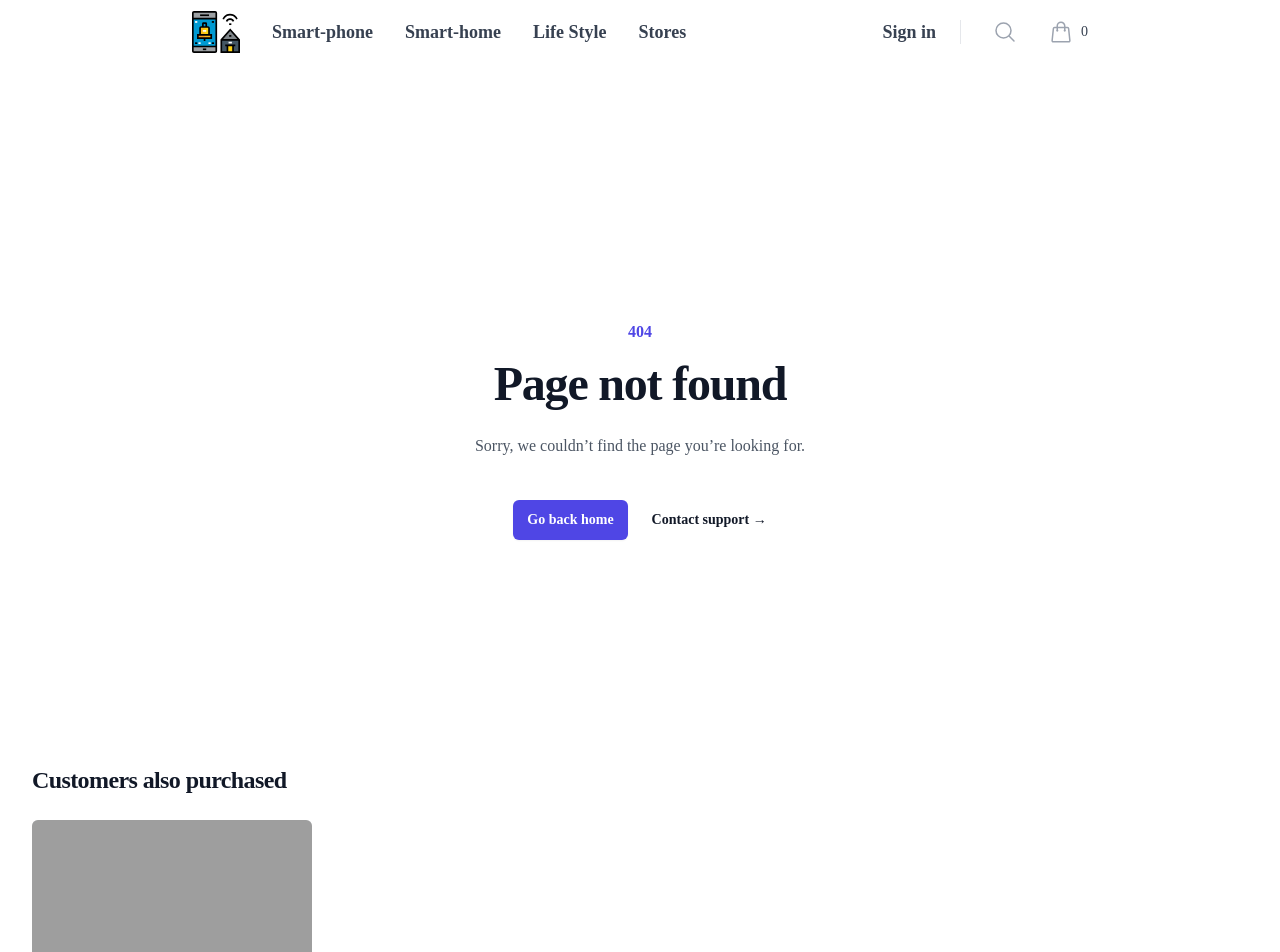
Repository: Gunplay/Smart-Home
Page: /
These files come from the project's save history. The page is drawn as it stood at one moment and after the next save; the edit follows.
The browser window is 1280 px wide. The pictures show the part of the page from y = 0 to 952 px (the page is 1912 px tall).
Pictures or frames that could not be fetched are drawn as grey boxes. The project was rebuilt for these pictures with package versions that can differ from the ones it lists, and the page was loaded fresh each time. Also part of the build but not shown: vite.config.js, vite.config.ts.

Above is the page before, as saved 2024-06-21 12:50:47.

After the next save:
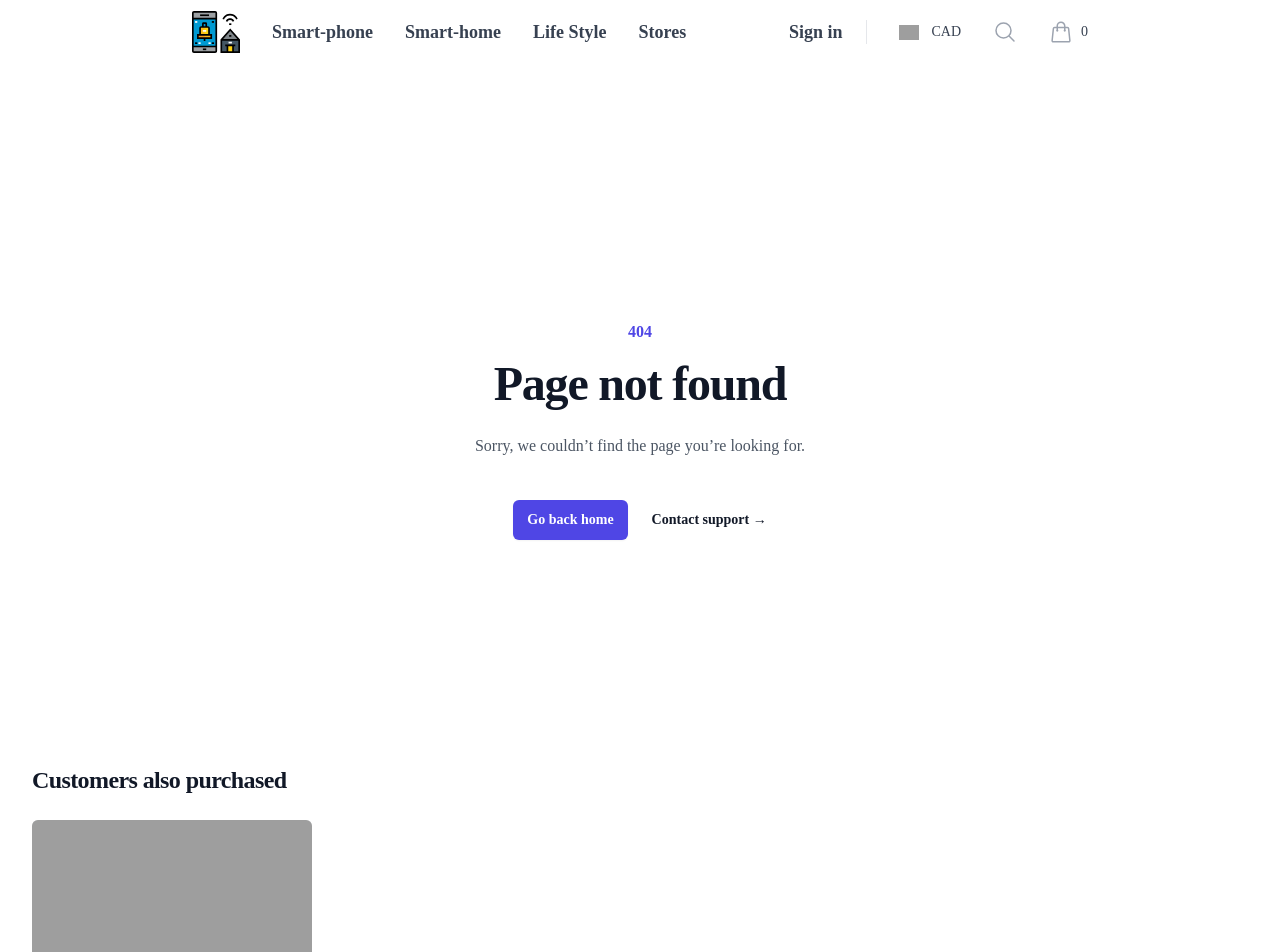
Saved 49 s later.
--- a/src/components/Header/index.tsx
+++ b/src/components/Header/index.tsx
@@ -349,7 +349,7 @@
 						<div className='flex h-16 items-center'>
 							<button
 								type='button'
-								className='relative rounded-md bg-black p-2 text-gray-400 lg:hidden'
+								className='relative rounded-md bg-white p-2 text-gray-400 lg:hidden'
 								onClick={() => setOpen(true)}
 							>
 								<span className='absolute -inset-0.5' />
@@ -505,7 +505,7 @@
 									</a> */}
 								</div>
 
-								{/* <div className='hidden lg:ml-8 lg:flex'>
+								<div className='hidden lg:ml-8 lg:flex'>
 									<a
 										href='#'
 										className='flex items-center text-gray-700 hover:text-gray-800'
@@ -518,7 +518,7 @@
 										<span className='ml-3 block text-sm font-medium'>CAD</span>
 										<span className='sr-only'>, change currency</span>
 									</a>
-								</div> */}
+								</div>
 
 								{/* Search */}
 								<div className='flex lg:ml-6'>
